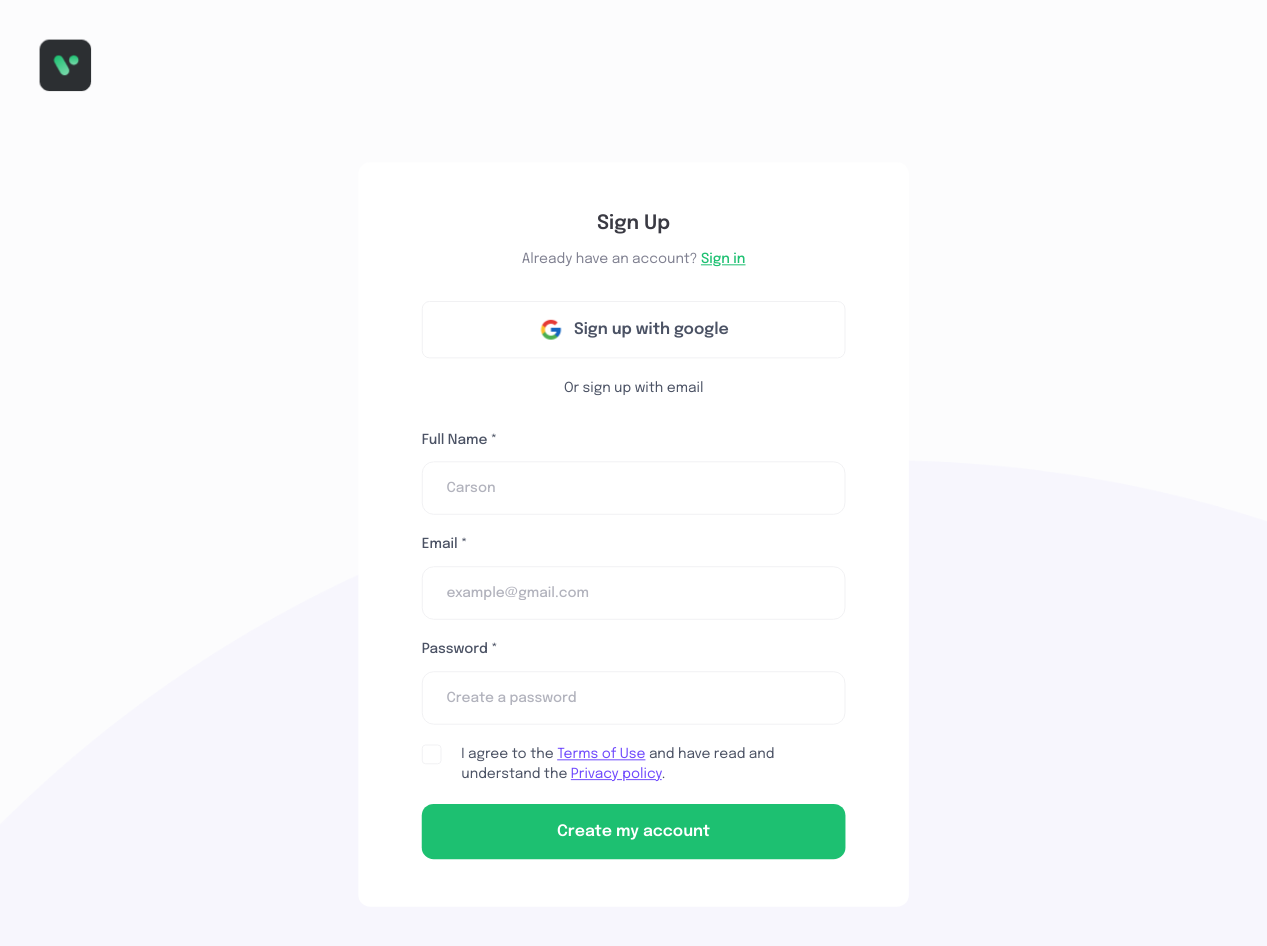
Repository: CarsonDev1/Crowfunding
Page: /sign-up
These files come from the project's save history. The page is drawn as it stood at one moment and after the next save; the edit follows.
The browser window is 1280 px wide. The pictures show the whole page, at 99% of full size.
The project was rebuilt for these pictures with package versions that can differ from the ones it lists, and the page was loaded fresh each time. Also part of the build but not shown: src/components/common/ErrorComponent.jsx, src/pages/SignIn.jsx.

Above is the page before, as saved 2023-04-08 08:06:36.

### public/index.html
<!DOCTYPE html>
<html lang="en">

<head>
  <meta charset="utf-8" />
  <link rel="icon" href="%PUBLIC_URL%/favicon.ico" />
  <meta name="viewport" content="width=device-width, initial-scale=1" />
  <meta name="theme-color" content="#000000" />
  <meta name="description" content="Web site created using create-react-app" />
  <link rel="apple-touch-icon" href="%PUBLIC_URL%/logo192.png" />
  <link rel="preconnect" href="https://fonts.googleapis.com">
  <link rel="preconnect" href="https://fonts.gstatic.com" crossorigin>
  <link
    href="https://fonts.googleapis.com/css2?family=Epilogue:ital,wght@0,300;0,400;0,500;0,600;0,700;0,800;0,900;1,300;1,400;1,500;1,600;1,700;1,800&family=Poppins:ital,wght@0,400;0,500;0,600;0,700;0,800;1,400;1,500;1,600;1,700&display=swap"
    rel="stylesheet">
  <!--
      manifest.json provides metadata used when your web app is installed on a
      user's mobile device or desktop. See https://developers.google.com/web/fundamentals/web-app-manifest/
    -->
  <link rel="manifest" href="%PUBLIC_URL%/manifest.json" />
  <!--
      Notice the use of %PUBLIC_URL% in the tags above.
      It will be replaced with the URL of the `public` folder during the build.
      Only files inside the `public` folder can be referenced from the HTML.

      Unlike "/favicon.ico" or "favicon.ico", "%PUBLIC_URL%/favicon.ico" will
      work correctly both with client-side routing and a non-root public URL.
      Learn how to configure a non-root public URL by running `npm run build`.
    -->
  <title>React App</title>
</head>

<body>
  <noscript>You need to enable JavaScript to run this app.</noscript>
  <div id="root"></div>
  <!--
      This HTML file is a template.
      If you open it directly in the browser, you will see an empty page.

      You can add webfonts, meta tags, or analytics to this file.
      The build step will place the bundled scripts into the <body> tag.

      To begin the development, run `npm start` or `yarn start`.
      To create a production bundle, use `npm run build` or `yarn build`.
    -->
</body>

</html>

### src/index.js
import React from "react";
import ReactDOM from "react-dom/client";
import "./index.scss";
import App from "./App";
import { BrowserRouter } from "react-router-dom";

const root = ReactDOM.createRoot(document.getElementById("root"));
root.render(
	<BrowserRouter>
		<App />
	</BrowserRouter>
);

### src/index.scss
@tailwind base;
@tailwind components;
@tailwind utilities;

@layer base {
	body {
		@apply font-primary text-base font-normal;
		line-height: 1.5;
	}
	input {
		@apply outline-none;
	}
}

### src/App.js
import { lazy } from "react";
import { Route, Routes } from "react-router-dom";
import SignIn from "./pages/SignIn";

const SignUp = lazy(() => import("./pages/SignUp"));

function App() {
	return (
		<Routes>
			<Route path="/sign-up" element={<SignUp />}></Route>
			<Route path="/sign-in" element={<SignIn />}></Route>
		</Routes>
	);
}

export default App;

### src/pages/SignUp.jsx
import React, { useState } from "react";
import { useForm } from "react-hook-form";
import { Link } from "react-router-dom";
import { Input } from "components/input";
import { Label } from "components/label";
import LayoutAuthentication from "layouts/LayoutAuthentication";
import FormGroup from "components/common/FormGroup";
import { Button } from "components/button";
import { Checkbox } from "components/checkbox";
import { yupResolver } from "@hookform/resolvers/yup";
import * as yup from "yup";

const schema = yup.object({
	name: yup.string().required("This field is required"),
});

function SignUp() {
	const {
		handleSubmit,
		control,
		formState: { errors },
	} = useForm({
		resolver: yupResolver(schema),
	});
	const handleSignUp = (values) => {
		console.log(values);
	};
	const [acceptTerm, setAcceptTerm] = useState(false);
	const handleToggleTerm = () => {
		setAcceptTerm(!acceptTerm);
	};
	console.log(errors);
	return (
		<LayoutAuthentication heading="Sign Up">
			<p className="mb-6 text-xs font-normal text-center lg:text-sm text-text3 lg:mb-8">
				Already have an account?{" "}
				<Link to="/sign-in" className="font-medium underline text-primary">
					Sign in
				</Link>
			</p>
			<button className="flex items-center justify-center w-full py-4 mb-5 text-base font-semibold border rounded-lg gap-x-3 border-strock text-text2">
				<img srcSet="/icon/Google.png 2x" alt="icon-google" />
				<span>Sign up with google</span>
			</button>
			<p className="mb-4 text-xs font-normal text-center lg:text-sm lg:mb-8 text-text2">Or sign up with email</p>
			<form onSubmit={handleSubmit(handleSignUp)}>
				<FormGroup>
					<Label htmlFor="name">Full Name *</Label>
					<Input placeholder="Carson" error={errors.name?.message} control={control} name="name" />
				</FormGroup>
				<FormGroup>
					<Label htmlFor="email">Email *</Label>
					<Input placeholder="example@gmail.com" type="email" control={control} name="email" />
				</FormGroup>
				<FormGroup>
					<Label htmlFor="password">Password *</Label>
					<Input placeholder="Create a password" type="password" control={control} name="password" />
				</FormGroup>
				<div className="flex items-start mb-5 gap-x-5">
					<Checkbox name="term" checked={acceptTerm} onClick={handleToggleTerm}>
						<p className="flex-1 text-sm text-text2">
							I agree to the <span className="underline text-secondary">Terms of Use</span> and have read
							and understand the <span className="underline text-secondary">Privacy policy</span>.
						</p>
					</Checkbox>
				</div>
				<Button className="w-full bg-primary" type="submit">
					Create my account
				</Button>
			</form>
		</LayoutAuthentication>
	);
}

export default SignUp;

### src/layouts/LayoutAuthentication.jsx
import React from "react";
import { Link } from "react-router-dom";
import PropTypes from "prop-types";
import { withErrorBoundary } from "react-error-boundary";
import ErrorComponent from "../components/common/ErrorComponent";

function LayoutAuthentication(props) {
	const { children, heading = "" } = props;
	return (
		<div className="relative w-full min-h-screen p-10 bg-lite isolate">
			<img
				src="/ellipse.png"
				alt="back-ground"
				className="absolute pointer-events-none bottom-0 left-0 right-0 z-[-1]"
			/>
			<Link to="/" className="inline-block mb-5 lg:mb-16">
				<img src="/Logo.png" alt="Logo" />
			</Link>
			<div className="w-full max-w-[556px] bg-white rounded-xl px-5 py-8 lg:px-16 lg:py-12 mx-auto">
				<h1 className="mb-1 text-lg font-semibold text-center lg:text-xl lg:mb-3 text-text1">{heading}</h1>
				{children}
			</div>
		</div>
	);
}
LayoutAuthentication.propTypes = {
	heading: PropTypes.string,
	children: PropTypes.node,
};

export default withErrorBoundary(LayoutAuthentication, {
	FallbackComponent: ErrorComponent,
});

### src/components/common/FormGroup.jsx
import React from "react";

function FormGroup({ children }) {
	return <div className="flex flex-col mb-5 gap-y-3">{children}</div>;
}

export default FormGroup;

### src/components/button/index.js
export const { default: Button } = require("./Button");

### src/components/checkbox/index.js
export const { default: Checkbox } = require("./Checkbox");

### src/components/input/Input.jsx
import React from "react";
import { useController } from "react-hook-form";
import PropTypes from "prop-types";

function Input(props) {
	const { control, name, type = "text", error = "", ...rest } = props;
	const { field } = useController({
		control,
		name,
		defaultValue: "",
	});
	return (
		<div className="relative">
			<input
				id={name}
				type={type}
				className={`w-full px-6 py-4 text-sm font-medium border rounded-xl text-text1 placeholder:text-text4 ${
					error.length > 0 ? "border-error" : "border-strock"
				}`}
				placeholder={error.length < 0 ? rest.placeholder : ""}
				{...rest}
				{...field}
			/>
			{error.length > 0 && (
				<span className="absolute text-sm font-medium -translate-y-2/4 text-error top-2/4 left-6">{error}</span>
			)}
		</div>
	);
}
Input.propTypes = {
	name: PropTypes.string,
	type: PropTypes.string,
	error: PropTypes.string,
	control: PropTypes.any.isRequired,
};
export default Input;

### src/components/label/Label.jsx
import React from "react";
import PropTypes from "prop-types";

function Label(props) {
	const { children, htmlFor = "", className = "" } = props;
	return (
		<label htmlFor={htmlFor} className={`inline-block text-sm font-medium cursor-pointer text-text2 ${className}`}>
			{children}
		</label>
	);
}
Label.propTypes = {
	children: PropTypes.node,
	htmlFor: PropTypes.string,
	className: PropTypes.string,
};
export default Label;

### src/components/button/Button.jsx
import React from "react";
import PropTypes from "prop-types";

function Button({ type = "button", children, className = "", isLoading = false, ...rest }) {
	const child = !!isLoading ? (
		<div className="w-10 h-10 border-4 border-white rounded-full border-t-transparent animate-spin border-b-transparent"></div>
	) : (
		children
	);
	return (
		<button
			className={`flex items-center justify-center p-4 text-base font-semibold rounded-xl min-h-[56px] text-white ${
				isLoading ? "opacity-50 pointer-events-none" : ""
			} ${className}`}
			type={type}
			{...rest}
		>
			{child}
		</button>
	);
}
Button.propTypes = {
	type: PropTypes.string.isRequired,
	className: PropTypes.string,
	children: PropTypes.node,
	isLoading: PropTypes.bool,
};
export default Button;

### src/components/checkbox/Checkbox.jsx
import React from "react";

function Checkbox({ checked = false, onClick = () => {}, name = "", children }) {
	return (
		<div className="flex items-start gap-x-5">
			<div
				className={`inline-flex items-center justify-center p-1 text-white w-5 h-5 border rounded cursor-pointer ${
					checked ? "bg-primary border-primary" : "border-strock"
				}`}
				onClick={onClick}
			>
				<input type="checkbox" className="hidden" onChange={() => {}} name={name} />
				<span>
					<svg
						xmlns="http://www.w3.org/2000/svg"
						fill="none"
						viewBox="0 0 24 24"
						strokeWidth="1.5"
						stroke="currentColor"
						className="w-5 h-5"
					>
						<path strokeLinecap="round" strokeLinejoin="round" d="M4.5 12.75l6 6 9-13.5" />
					</svg>
				</span>
			</div>
			{children && (
				<div onClick={onClick} className="cursor-pointer">
					{children}
				</div>
			)}
		</div>
	);
}

export default Checkbox;

### tailwind.config.js
/** @type {import('tailwindcss').Config} */
module.exports = {
	darkMode: "class",
	content: ["./src/**/*.{js,jsx,ts,tsx}"],
	theme: {
		extend: {
			fontFamily: {
				primary: ["Epilogue", "san-serif"],
			},
			colors: {
				primary: "#1DC071",
				secondary: "#6F49FD",
				text1: "#3A3A43",
				text2: "#4B5264",
				text3: "#808191",
				text4: "#B2B3BD",
				"icon-color": "#A2A2A8",
				white: "#FFFFFF",
				whiteSoft: "#FCFBFF",
				graySoft: "#FCFCFC",
				strock: "#F1F1F3",
				lite: "#FCFCFD",
				error: "#EB5757",
				darkbg: "#13131A",
				darkSecondary: "#1C1C24",
				softDark: "#22222C",
				darkSoft: "#24242C",
				darkStroke: "#3A3A43",
				darkRed: "#422C32",
			},
		},
	},
	plugins: [],
};

Loaded but not shown: src/components/input/index.js (common file); src/components/label/index.js (common file)

After the next save:
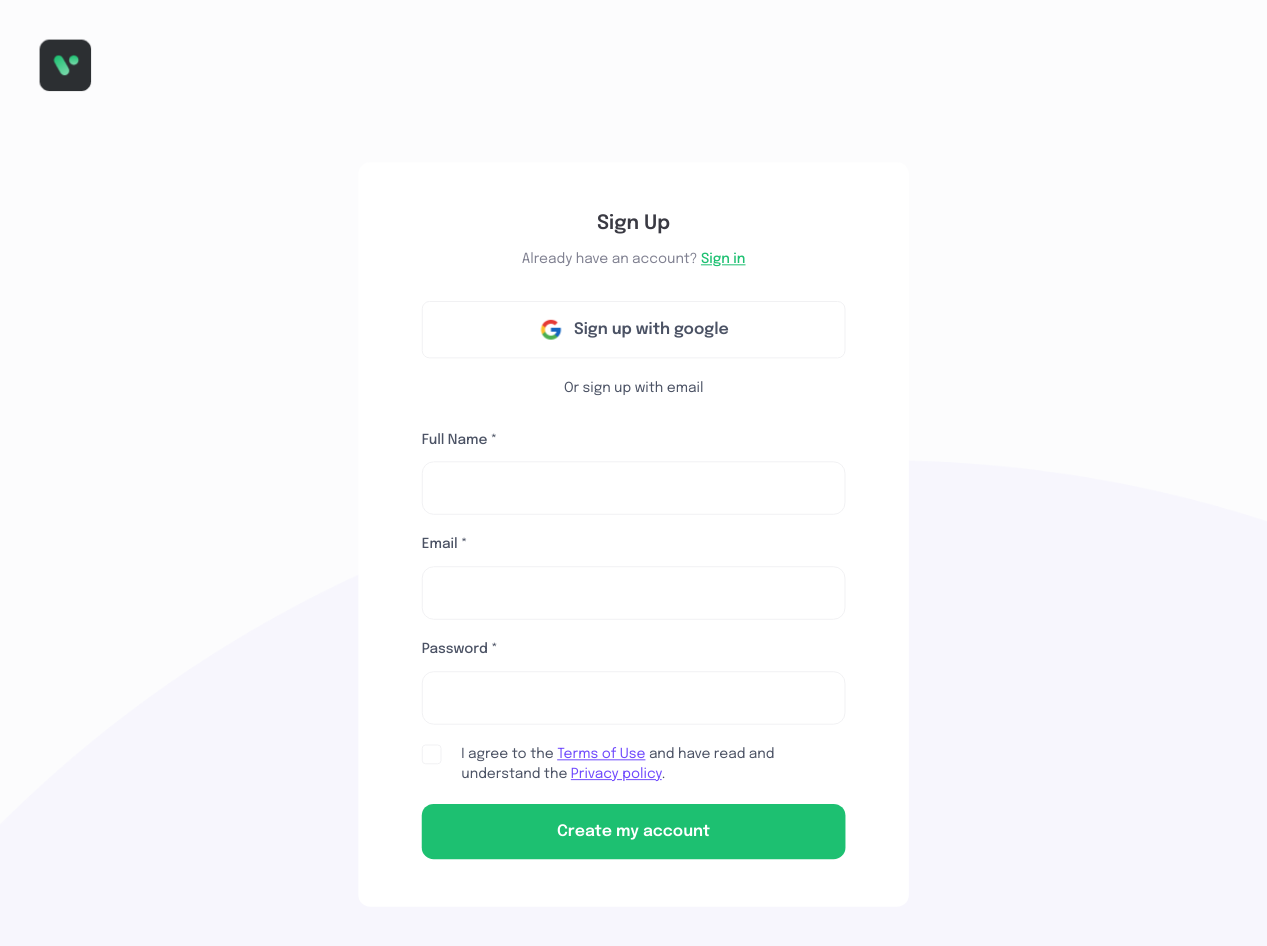
Saved 63 s later.
--- a/src/components/input/Input.jsx
+++ b/src/components/input/Input.jsx
@@ -3,7 +3,7 @@ import { useController } from "react-hook-form";
 import PropTypes from "prop-types";
 
 function Input(props) {
-	const { control, name, type = "text", error = "", ...rest } = props;
+	const { control, name, type = "text", error = "", placeholder = "", ...rest } = props;
 	const { field } = useController({
 		control,
 		name,
@@ -17,7 +17,7 @@ function Input(props) {
 				className={`w-full px-6 py-4 text-sm font-medium border rounded-xl text-text1 placeholder:text-text4 ${
 					error.length > 0 ? "border-error" : "border-strock"
 				}`}
-				placeholder={error.length < 0 ? rest.placeholder : ""}
+				placeholder={error.length < 0 ? placeholder.placeholder : ""}
 				{...rest}
 				{...field}
 			/>
